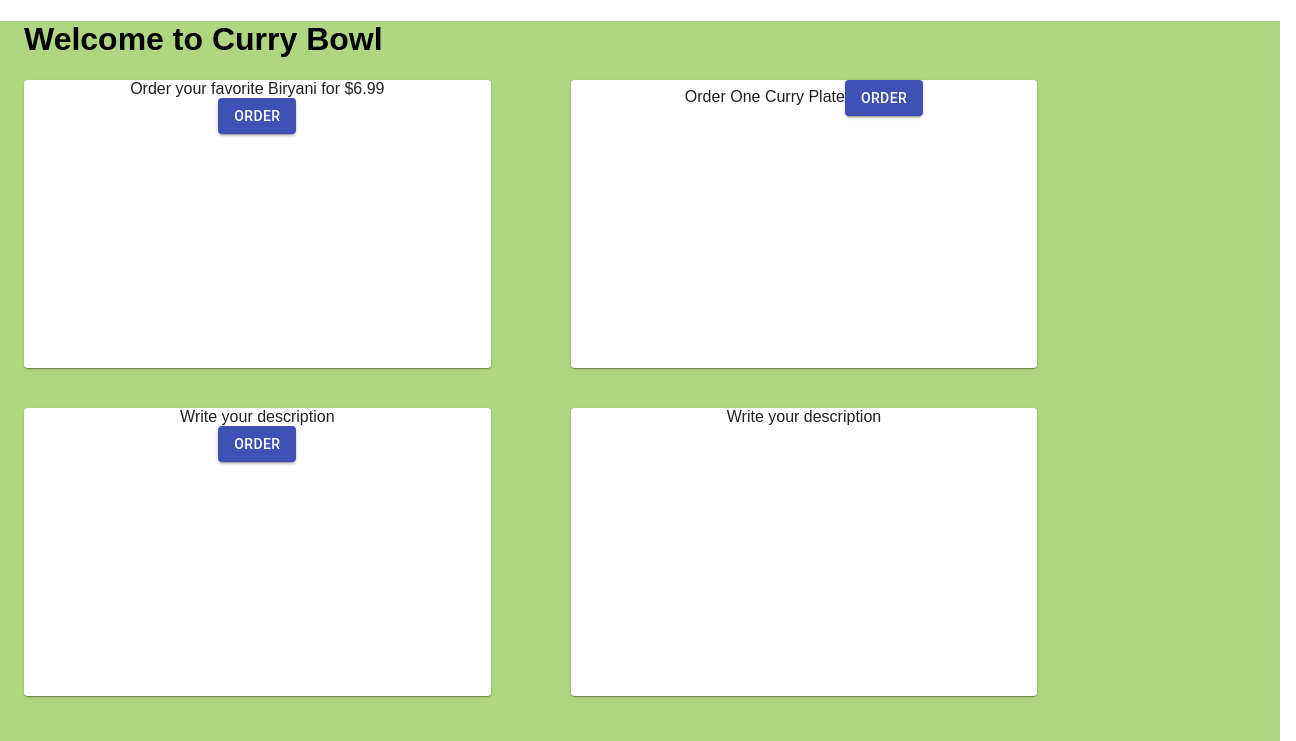
Repository: appikonda/food-order
Page: /
The author's editor kept a copy of each file at every save. The page is drawn from the files as they stood at one save, then again after the next save.
The browser window is 1280 px wide. The page is 1296 px wide, so the pictures cover 1296 px, including what lies to the right of the window. The pictures show the whole page.
The project was rebuilt for these pictures with package versions that can differ from the ones it lists, and the page was loaded fresh each time. Also part of the build but not shown: webpack.config.js, src/App.css.

Above is the page before, as saved 2019-08-16 11:06:46.

### src/App.js
import React, { Component } from 'react';
import logo from './logo.svg';
import './App.css';
import OrderFood from './OrderFood.jsx'
class App extends Component {
  render() {
    return (
      <div>

           <OrderFood/>


    </div>
    );
  }
}

export default App;

### src/OrderFood.jsx
import React, { Component } from 'react';
import Container from '@material-ui/core/Container';
import Grid from '@material-ui/core/Grid';
import Button from '@material-ui/core/Button';
import Dialog from '@material-ui/core/Dialog';
import DialogContent from '@material-ui/core/DialogContent';
//import DialogTitle from '@material-ui/core/DialogTitle';
import Paper from '@material-ui/core/Paper';
import Iframe from 'react-iframe';
//import Divider from '@material-ui/core/Divider';
import AppBar from '@material-ui/core/AppBar';
import Toolbar from '@material-ui/core/Toolbar';
import IconButton from '@material-ui/core/IconButton';
import Typography from '@material-ui/core/Typography';
import CloseIcon from '@material-ui/icons/Close';
//import Slide from '@material-ui/core/Slide';

class OrderFood extends Component {
  constructor(props) {
    super(props);
    this.state ={
      showDialog: false
    }
  }


  render() {
    if (this.state.showDialog){
      return(
        <div>
        {this.renderSearchDialog()}
        </div>
      )
    }else{
      return (
        <div >
        <Container  fixed style={{ backgroundColor: '#aed581', height: '100vh' }}>
        <h1>Welcome to Curry Bowl</h1>
        {this.renderGridOptions()}
        </Container>
          </div>
      );
    }

  }
//One for biryani orders // 6.99
//One for one curry options// 5.99/
//One for 2 curry options //6.99
//One for full plate options //8.99

renderGridOptions(){

  return (
    <div >
     <Grid container spacing={10}>
        <Grid item xs={6} sm={5}  >
          <Paper style={{  textAlign: 'center',  color: '#212121', height: '40vh'  }}>
              Order your favorite Biryani for $6.99
             <br/>
             <Button variant="contained" color="primary" onClick={this.showSearchDiaglog.bind(this)}>
        Order
      </Button>

          </Paper>
        </Grid>
        <Grid item xs={6} sm={5} >
          <Paper style={{  textAlign: 'center',  color: '#212121', height: '40vh'  }}>
             Order One Curry Plate
             <Button variant="contained" color="primary" onClick={this.showSearchDiaglog.bind(this)}>
        Order
      </Button>

          </Paper>
        </Grid>


  </Grid>
  <Grid container spacing={10}>

        <Grid item xs={6} sm={5}  >
          <Paper style={{  textAlign: 'center',  color: '#212121', height: '40vh'  }}>
             Write your description
             <br/>
             <Button variant="contained" color="primary" onClick={this.showSearchDiaglog.bind(this)}>
        Order
      </Button>

          </Paper>
        </Grid>
        <Grid item xs={6} sm={5} >
          <Paper style={{  textAlign: 'center',  color: '#212121', height: '40vh'  }}>
             Write your description

          </Paper>
        </Grid>


  </Grid>
   </div>
  );

}



showSearchDiaglog() {
  this.setState({ showDialog: true });
}
hideSearchDialog() {
  this.setState({ showDialog: false });
}

renderSearchDialog(){
  return (
    <Dialog fullScreen
      disableBackdropClick
      disableEscapeKeyDown
      open={this.state.showDialog}
      aria-labelledby="search-employee-form"      fullWidth
      onClose={this.hideSearchDialog.bind(this)}
    >
       <AppBar >
          <Toolbar>
            <IconButton edge="start" color="inherit" onClick={this.hideSearchDialog.bind(this)} aria-label="close">
              <CloseIcon />
            </IconButton>
            <Typography variant="h6">
              Order
            </Typography>
          </Toolbar>
        </AppBar>



      <Iframe url="https://docs.google.com/forms/d/e/1FAIpQLSdyKr7HLqYcw9uLIflgbRmy-7WHtb8fDuJuym8K5pYcW45q3g/viewform"
      width="100%"
      height="100%"
      allowFullScreen
        id="myId"
        className="myClassname"
        display="initial"
        position="relative"/>




    </Dialog>
  )
}

}

export default OrderFood;

Loaded but not shown: public/index.html (common file); src/index.js (common file); src/index.css (common file)

After the next save:
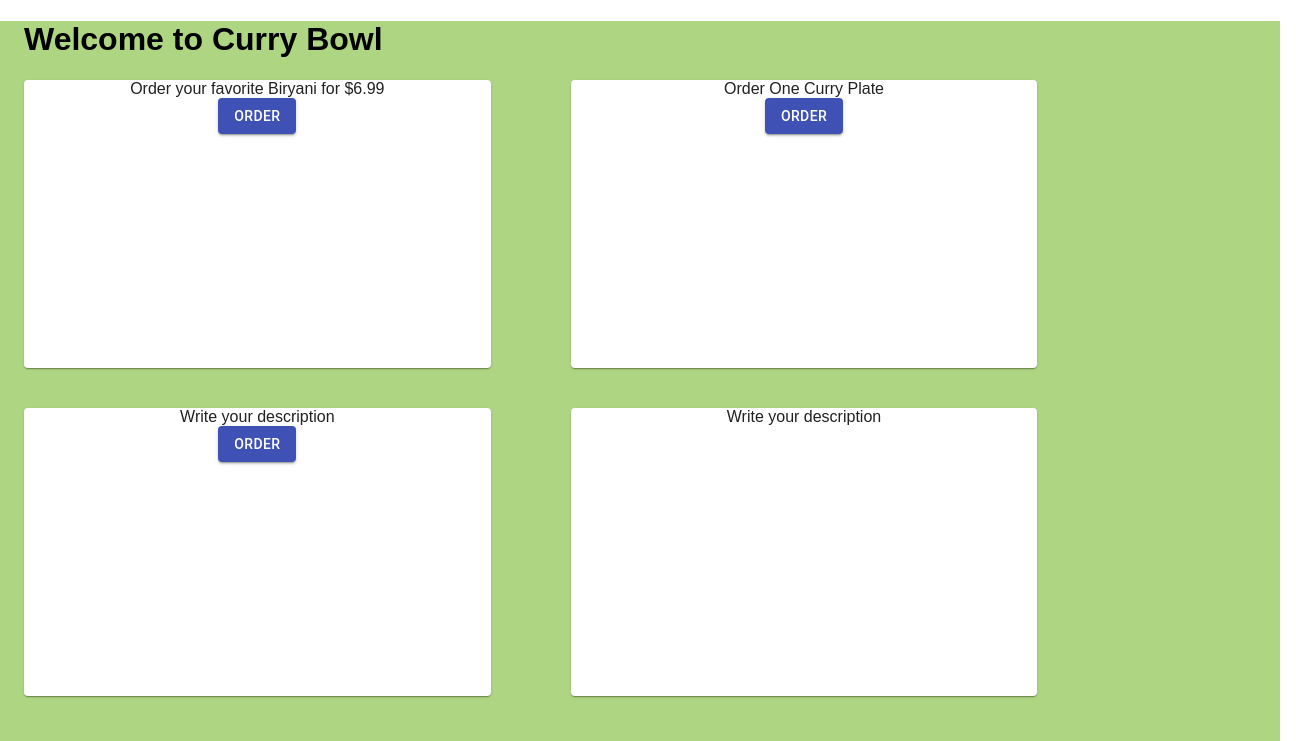
Saved 24 s later.
--- a/src/OrderFood.jsx
+++ b/src/OrderFood.jsx
@@ -66,7 +66,8 @@ renderGridOptions(){
         <Grid item xs={6} sm={5} >
           <Paper style={{  textAlign: 'center',  color: '#212121', height: '40vh'  }}>
              Order One Curry Plate
-             <Button variant="contained" color="primary" onClick={this.showSearchDiaglog.bind(this)}>
+            <br/>
+            <Button variant="contained" color="primary" onClick={this.showSearchDiaglog.bind(this)}>
         Order
       </Button>
 
